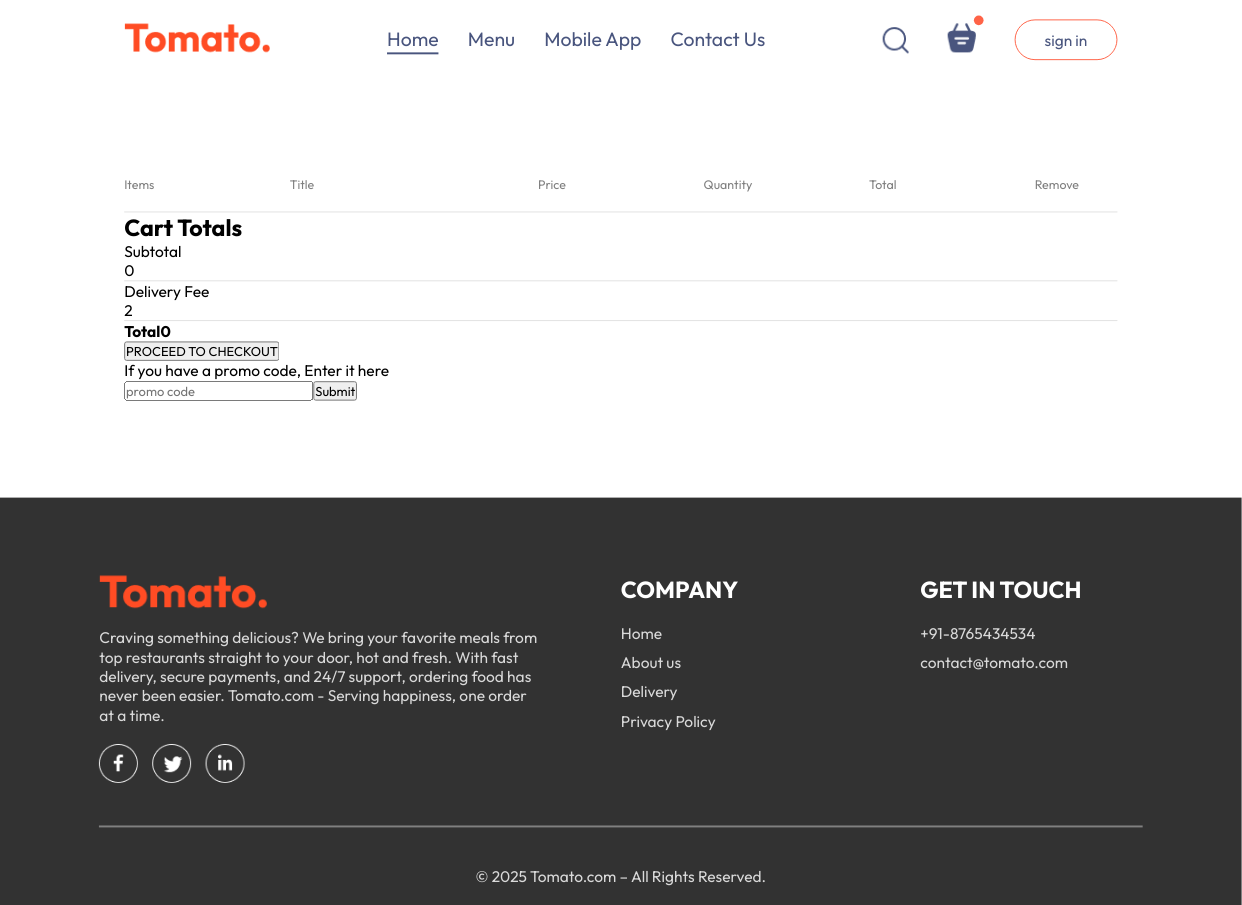
Repository: esakkiraj8104/FOOD_ORDER1
Page: /cart
An editor plug-in stored every save of this project. The page is shown before and after a run of saves, followed by the edit.
The browser window is 1280 px wide. The pictures show the whole page, at 97% of full size.
The project was rebuilt for these pictures with package versions that can differ from the ones it lists, and the page was loaded fresh each time. Also part of the build but not shown: vite.config.js, src/components/Navbar/Header/Haeder.css, src/components/Navbar/Header/Header.jsx, src/components/Navbar/ExploreMenu/ExploreMenu.css, src/components/Navbar/ExploreMenu/ExploreMenu.jsx, src/components/Navbar/FoodDisplay/FoodDisplay.css, src/components/Navbar/FoodItem/FoodItem.css, src/components/Navbar/FoodItem/FoodItem.jsx and 6 more. Imported but missing from the stored project, and not drawn on this page: src/pages/PlaceOrder/PlaceOrder.

Above is the page before, as saved 2025-05-20 18:54:01.

After the next 8 saves:
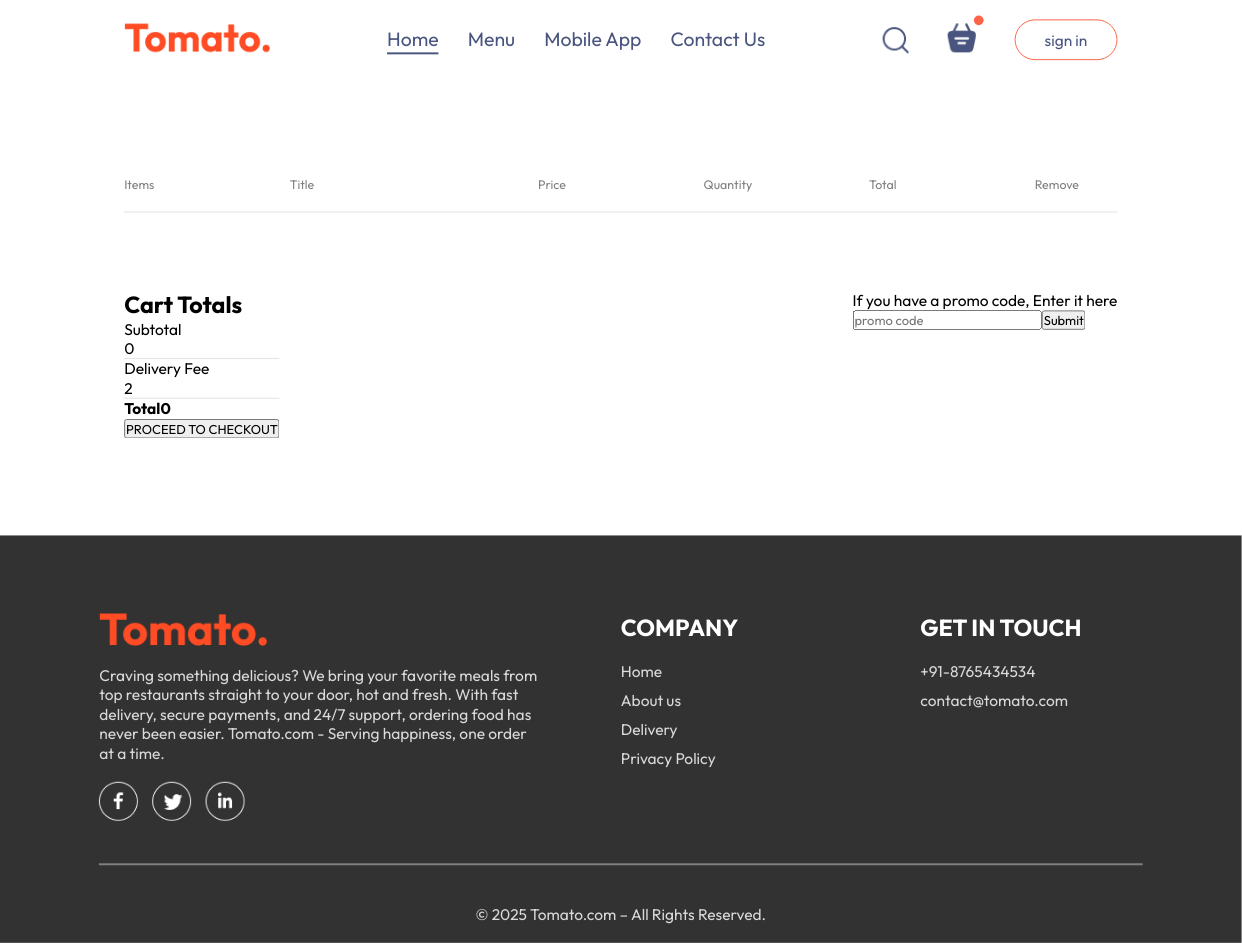
The 8 saves are shown as one change because they came seconds apart.
The last was saved 20 s later.
--- a/src/pages/Cart/Cart.css
+++ b/src/pages/Cart/Cart.css
@@ -25,5 +25,8 @@
     cursor: pointer;
 }
 .cart-bottom{
-    margin-top: ;
+    margin-top: 80px;
+    display: flex;
+    justify-content: space-between;
+
 }
